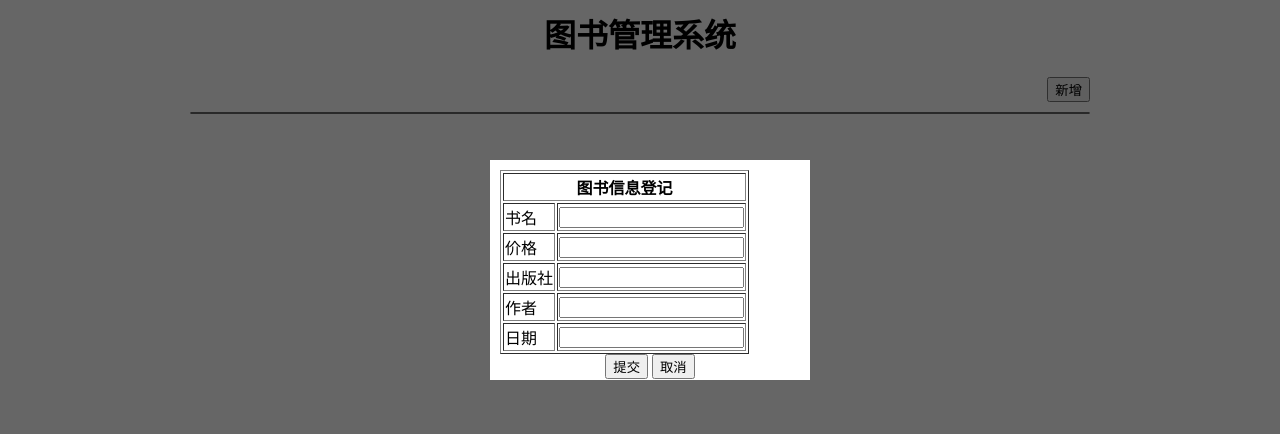
Repository: MITZ1979/home
Page: http://localhost/BookDemo/
An editor plug-in stored every save of this project. The page is shown before and after the next save, followed by the edit.
The browser window is 1280 px wide. The pictures show the whole page.
After loading, the first visible `button` was clicked once.
The page is served by Tomcat 9. Other server files are loaded and not shown. Queries for data that is not in the repository find no rows.

Above is the page before, as saved 2017-08-09 06:55:10.

### works/BookDemo/WebContent/index.jsp
<%@ page language="java" contentType="text/html; charset=UTF-8" pageEncoding="UTF-8"%>
<!DOCTYPE>
<html>
<head>
<meta charset="UTF-8">
<title>书籍管理系统</title>

<style>
.main {
	width: 900;
	margin: 10px auto;
	text-align: center;
}

.add {
	text-align: right;
	margin: 10px 0;
}

.addbook {
	position: fixed;
	background: rgba(0, 0, 0, 0.6);
	left: 0;
	top: 0;
	right: 0;
	bottom: 0;
	z-index: 999;
	display: none;
}

.addbook form {
	width: 300px;
	height: 200px;
	padding: 10px;
	background: white;
	position: absolute;
	left: 50%; top: 50%;
	margin-top: -200px;
	margin-left: -150px;
}

.booklist {
	border: 1px solid #666;
	border-radius: 3px;
	display: flex;       /* flex:弹性盒子。也可用 float 来表示 */
	flex-flow: row wrap; /* 横向显示，会换行 */
	justify-content: space-between; /* 均匀分布 */
}

.book {
	margin: 20px;
	width: 180px;
	height: 220px;
	box-shadow: 1px 1px 3px #333;
}
</style>

<script src="js/jquery-3.1.1.min.js"></script>
<script>
	$(function() {

		// 加载图书列表
		$.ajax({
			method : "get",
			url : "booklist",
			dataType : "json",
			success : function(res) {
				var booklist = $(".booklist");
				$.each(res, function(k, v) {
					var bookhtml = "<div class='book'>"
					 + "<h3>书名：" + v.bookName + "</h3>"
					 + "<p>价格： " + v.price + "</p>"
					 + "</div>";
					booklist.append(bookhtml);
				});
			}
		});

		// 绑定事件，点击显示添加层
		$(".add button").click(function() {
			$(".addbook").show("fast");
		});

		// 取消按钮
		$(".cancel").click(function () {
			$(".addbook").hide("fast");
			return false;
		});

		// 提交按钮
		$(".submit").click(function () {
			if(window.confirm("are you sure?")) {
				return true;
			}
		});

	});
</script>

</head>
<body>
	<div class="container">

		<div class="main">
			<h1>图书管理系统</h1>
			<div class="add">
				<button>新增</button>
			</div>
			<div class="booklist"></div>
		</div>

		<div class="addbook">
			<form action="addbook" method="post">
				<table border="1">
					<tr>
						<th colspan=2>图书信息登记</th>
					</tr>
					<tr>
						<td>书名</td>
						<td><input name="bookName"></td>
					</tr>
					<tr>
						<td>价格</td>
						<td><input name="price"></td>
					</tr>
					<tr>
						<td>出版社</td>
						<td><input name="publisher"></td>
					</tr>
					<tr>
						<td>作者</td>
						<td><input name="author"></td>
					</tr>
					<tr>
						<td>日期</td>
						<td><input name="publishDate"></td>
					</tr>
				</table>
				<div style="text-align: center;">
					<button class='submit'>提交</button>
					<button class='cancel'>取消</button>
				</div>
			</form>
		</div>
	</div>

</body>
</html>

### works/BookDemo/src/web/BookListServlet.java
package web;

import java.io.IOException;
import java.util.List;

import javax.servlet.ServletException;
import javax.servlet.annotation.WebServlet;
import javax.servlet.http.HttpServlet;
import javax.servlet.http.HttpServletRequest;
import javax.servlet.http.HttpServletResponse;

import com.google.gson.Gson;

import dao.BookDAO;
import entity.Book;

@WebServlet("/booklist")
public class BookListServlet extends HttpServlet {

	@Override
	protected void doGet(HttpServletRequest req, HttpServletResponse resp) throws ServletException, IOException {
		// 닒鑒앴욋櫓삿혤鑒앴죄。횔빈，럿쀼죄。
		List<Book> books = new BookDAO().listAll();

		String bookJSON = new Gson().toJson(books);

		System.out.println(bookJSON);

		resp.getOutputStream().println(bookJSON);
	}

}

### works/BookDemo/src/dao/BookDAO.java
package dao;

import java.util.List;

import entity.Book;

public class BookDAO {

	public List<Book> listAll() {
		String sql = "select * from book";
		return BaseDao.preparedQuery(Book.class, sql);
	}

	public void addBook(Book book) {
		String sql = "insert into book (bookName, price, author, publisher, publishDate) values (?, ?, ?, ?, ?)";
		BaseDao.preparedUpdate(sql, book.getBookName(), book.getPrice(), book.getAuthor(), book.getPublisher(), book.getPublishDate());
	}

	public void deleteBook(Book book) {
		String sql = "delete from book where id = ?";
		BaseDao.preparedUpdate(sql, book.getId());
	}

}

### works/BookDemo/src/entity/Book.java
package entity;

import java.math.BigDecimal;

public class Book {
	private int id;
	private String bookName;
	private BigDecimal price;
	private String author;
	private String publisher;
	private String publishDate;

	public Book () {}

	public Book(String bookName, BigDecimal price, String author, String publisher, String publishDate) {
		this.bookName = bookName;
		this.price = price;
		this.author = author;
		this.publisher = publisher;
		this.publishDate = publishDate;
	}




	public int getId() {
		return id;
	}
	public void setId(int id) {
		this.id = id;
	}
	public String getBookName() {
		return bookName;
	}
	public void setBookName(String bookName) {
		this.bookName = bookName;
	}

	public BigDecimal getPrice() {
		return price;
	}
	public void setPrice(BigDecimal price) {
		this.price = price;
	}
	public String getAuthor() {
		return author;
	}
	public void setAuthor(String author) {
		this.author = author;
	}
	public String getPublisher() {
		return publisher;
	}
	public void setPublisher(String publisher) {
		this.publisher = publisher;
	}
	public String getPublishDate() {
		return publishDate;
	}
	public void setPublishDate(String publishDate) {
		this.publishDate = publishDate;
	}

}

### works/BookDemo/src/dao/BaseDao.java
package dao;

import java.lang.reflect.*;
import java.sql.*;
import java.util.*;


/*
 * 数据层：连接访问操作数据库的类
 */
public class BaseDao {

	//驱动
	private static String driver = "com.microsoft.sqlserver.jdbc.SQLServerDriver";
	//连接字符串
	private static String url = "jdbc:sqlserver://localhost:1434;DatabaseName=BookDB";
	//用户名
	public static String name = "sa";
	//密码
	public static String pwd = "123456";

	//加载驱动
	static{
		try {
			Class.forName(driver);
		} catch (ClassNotFoundException e) {
			e.printStackTrace();
		}
	}

	//获取连接对象的方法
	public static Connection getConnection() {
		try {
			return DriverManager.getConnection(url, name, pwd);
		} catch (Exception e) {
			e.printStackTrace();
			return null;
		}
	}

	//释放资源的方法
	public static void closeConn(Connection conn,Statement stmt,ResultSet rs) {
		try {
			if(rs!=null)rs.close();
			if(stmt!=null)stmt.close();
			if (conn != null)conn.close();
		} catch (SQLException e) {e.printStackTrace();}
	}

	//执行增删改的方法
	public static int execUpdate(String sql){
		//获取连接对象
		Connection conn = getConnection();
		//定义语句执行对象
		Statement stmt = null;
		try {
			//获取语句执行对象
			stmt = conn.createStatement();
			//发送接收到的语句到数据库并执行
			return stmt.executeUpdate(sql);

		} catch (SQLException e) {
			e.printStackTrace();
		} finally{
			//释放资源
			closeConn(conn,stmt,null);
		}
		return 0;
	}

	//执行增删改的方法(预编译)
	public static int preparedUpdate(String sql,Object...args){
		//获取连接对象
		Connection conn = getConnection();
		//定义语句执行对象(预编译)
		PreparedStatement stmt = null;
		try {
			//获取语句执行对象(预编译)
			stmt = conn.prepareStatement(sql);
			//设置参数
			for (int i = 0; i < args.length; i++) {
				stmt.setObject(i+1, args[i]);
			}
			//发送接收到的语句到数据库并执行
			return stmt.executeUpdate();

		} catch (SQLException e) {
			e.printStackTrace();
		} finally{
			//释放资源
			closeConn(conn,stmt,null);
		}
		return 0;
	}

	//执行查询的方法(预编译)
	public static <T> List<T> preparedQuery(Class<T> classObj,String sql,Object...args){

		//获取连接对象
		Connection conn = getConnection();
		//定义语句执行对象(预编译)
		PreparedStatement stmt = null;
		//定义结果集对象
		ResultSet rs = null;

		try {
			//获取语句执行对象(预编译)
			stmt = conn.prepareStatement(sql);

			//设置参数
			for (int i = 0; i < args.length; i++) {
				stmt.setObject(i+1, args[i]);
			}

			//发送接收到的语句到数据库并执行
			rs = stmt.executeQuery();

			//获取结果集的所有列信息的对象
			ResultSetMetaData rsmd = rs.getMetaData();

			List<T> list = new ArrayList<T>();

			while(rs.next()){

				//通过反射动态获取类信息来创建对象
				T obj = (T)classObj.getConstructor().newInstance();

				//根据总列数，对所有列进行循环
				for (int i = 1; i <= rsmd.getColumnCount(); i++) {
					//获取第i列的列名
					String fieldName = rsmd.getColumnName(i);
					//通过反射获取对象的某个属性
					Field field = classObj.getDeclaredField(fieldName);
					field.setAccessible(true);
					//给某个对象的某个属性赋值
					field.set(obj, rs.getObject(i));
				}

				list.add(obj);
			}

			return list;

		} catch (SQLException e) {
			e.printStackTrace();
		} catch (Exception e) {
			e.printStackTrace();
		} finally{
			//释放资源
			closeConn(conn,stmt,rs);
		}

		return null;
	}


	/*//执行查询的方法(预编译_注解)
	public static <T> List<T> execPreparedQuery(Class<T> classObj,String sql,Object...args){
		//获取连接对象
		Connection conn = getConnection();
		//定义语句执行对象(预编译)
		PreparedStatement stmt = null;
		//定义结果集对象
		ResultSet rs = null;

		try {
			//获取语句执行对象(预编译)
			stmt = conn.prepareStatement(sql);

			//设置参数
			for (int i = 0; i < args.length; i++) {
				stmt.setObject(i+1, args[i]);
			}

			//发送接收到的语句到数据库并执行
			rs = stmt.executeQuery();

			//获取结果集的所有列信息的对象
			ResultSetMetaData rsmd = rs.getMetaData();

			List<T> list = new ArrayList<T>();

			while(rs.next()){
				//通过反射动态获取类信息来创建对象
				T obj = classObj.getConstructor().newInstance();
				//循环一次取当前行的一列数据
				for (int i = 1; i <= rsmd.getColumnCount(); i++) {
					//获取第i列的列名
					String dbFieldName = rsmd.getColumnName(i);
					//通过反射获取对象的所有属性
					Field[] fields = classObj.getDeclaredFields();

					for(Field field : fields){
						//判断当前属性上是否有FieldName类型的注解
						if(field.isAnnotationPresent(FieldName.class)){
							//获取注解信息
							String fieldName = field.getAnnotation(FieldName.class).value();
							//判断注解的值是否与数据库表的字段名一致
							if(dbFieldName.equals(fieldName)){
								field.setAccessible(true);
								field.set(obj, rs.getObject(i));
								break;
							}
						}
					}
				}

				list.add(obj);
			}

			return list;

		} catch (SQLException e) {
			e.printStackTrace();
		} catch (Exception e) {
			e.printStackTrace();
		} finally{
			//释放资源
			closeConn(conn,stmt,rs);
		}

		return null;
	}
	*/
}

Loaded but not shown: works/BookDemo/WebContent/js/jquery-3.1.1.min.js (library)

After the next save:
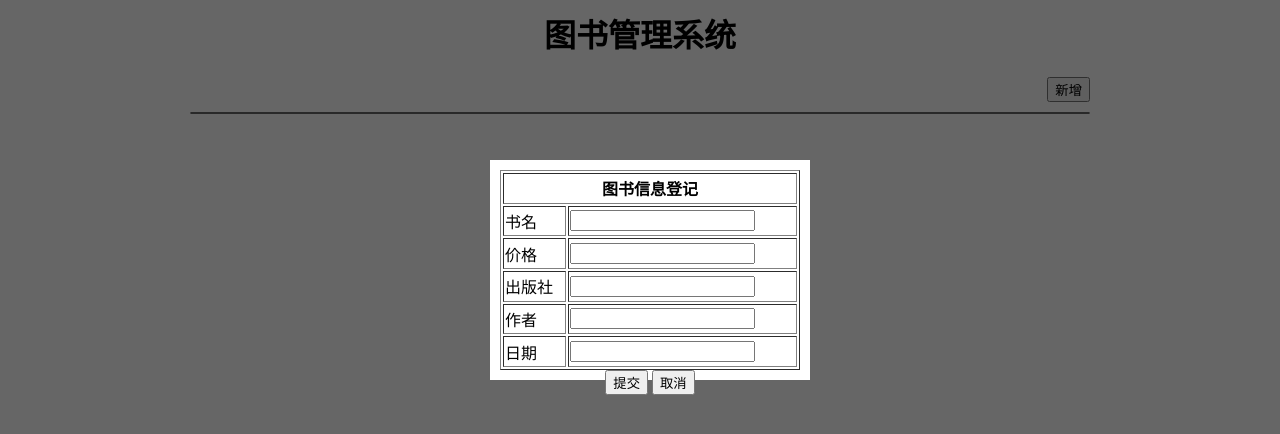
Saved 60 s later.
--- a/works/BookDemo/WebContent/index.jsp
+++ b/works/BookDemo/WebContent/index.jsp
@@ -37,6 +37,11 @@
 	left: 50%; top: 50%;
 	margin-top: -200px;
 	margin-left: -150px;
+}
+
+.addbook table {
+	width: 100%;
+	height: 100%;
 }
 
 .booklist {
